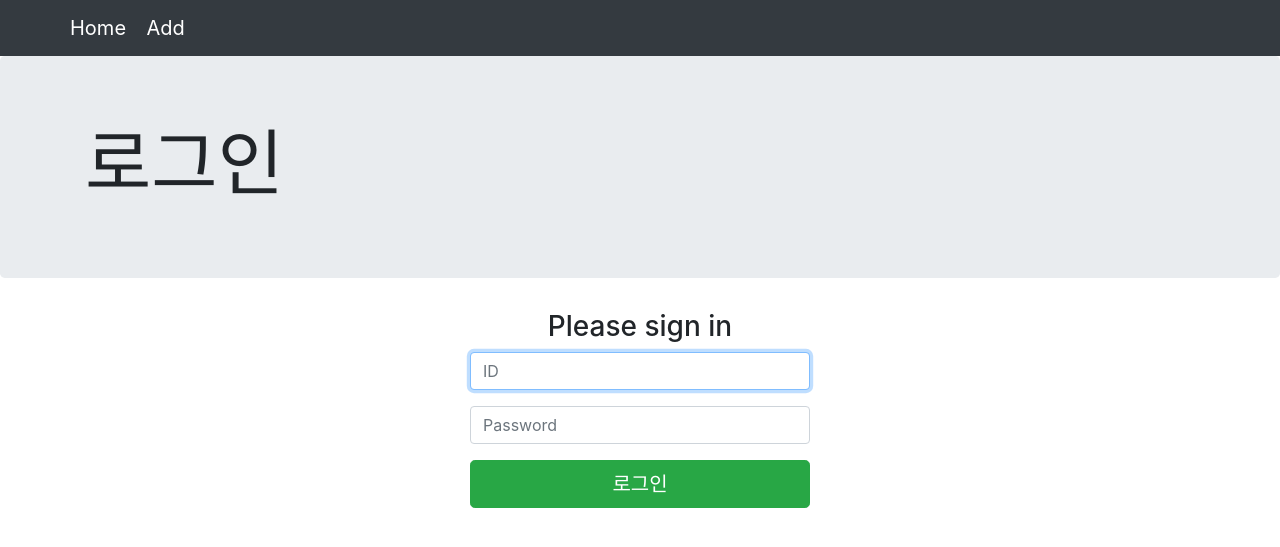
Repository: LeeKukJu/JSP-Study
Page: http://localhost/WebMarket/login.jsp
The author's editor kept a copy of each file at every save. The page is drawn from the files as they stood at one save, then again after the next save.
The browser window is 1280 px wide. The pictures show the whole page.
The page is served by Tomcat 9.

Above is the page before, as saved 2023-02-02 07:11:25.

After the next save:
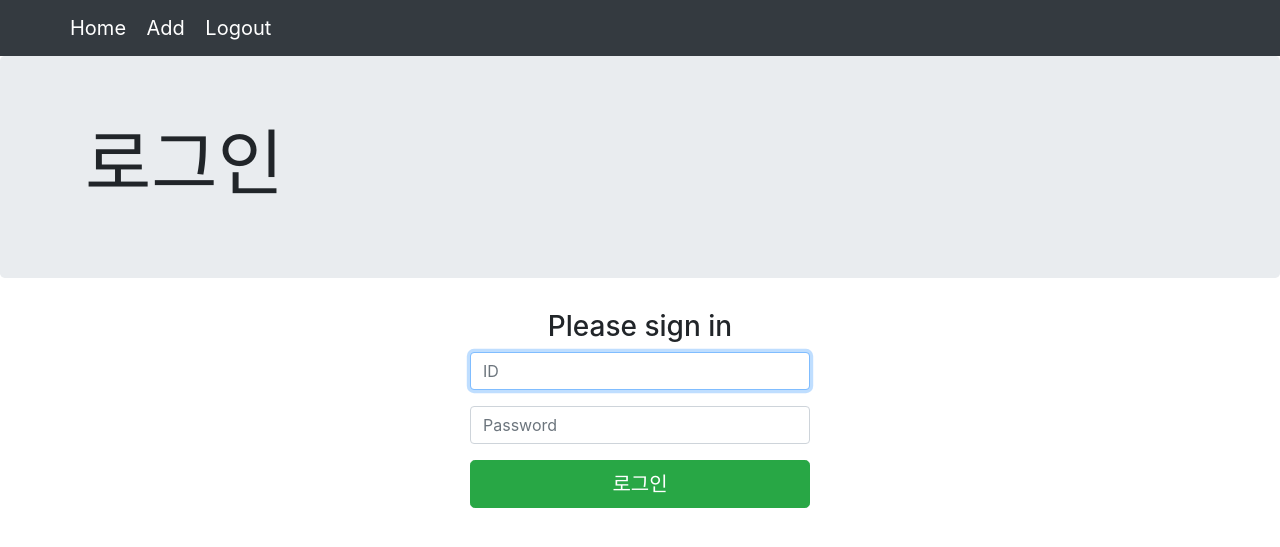
Saved 41 s later.
--- a/WebMarket/WebContent/menu.jsp
+++ b/WebMarket/WebContent/menu.jsp
@@ -5,6 +5,7 @@
 		<div class="navbar-header">
 			<a class="navbar-brand" href="./welcome.jsp">Home</a>
 			<a class="navbar-brand" href="./addProduct.jsp">Add</a>
+			<a class="navbar-brand" href="./logout.jsp">Logout</a>
 		</div>
 	</div>
 </nav>
